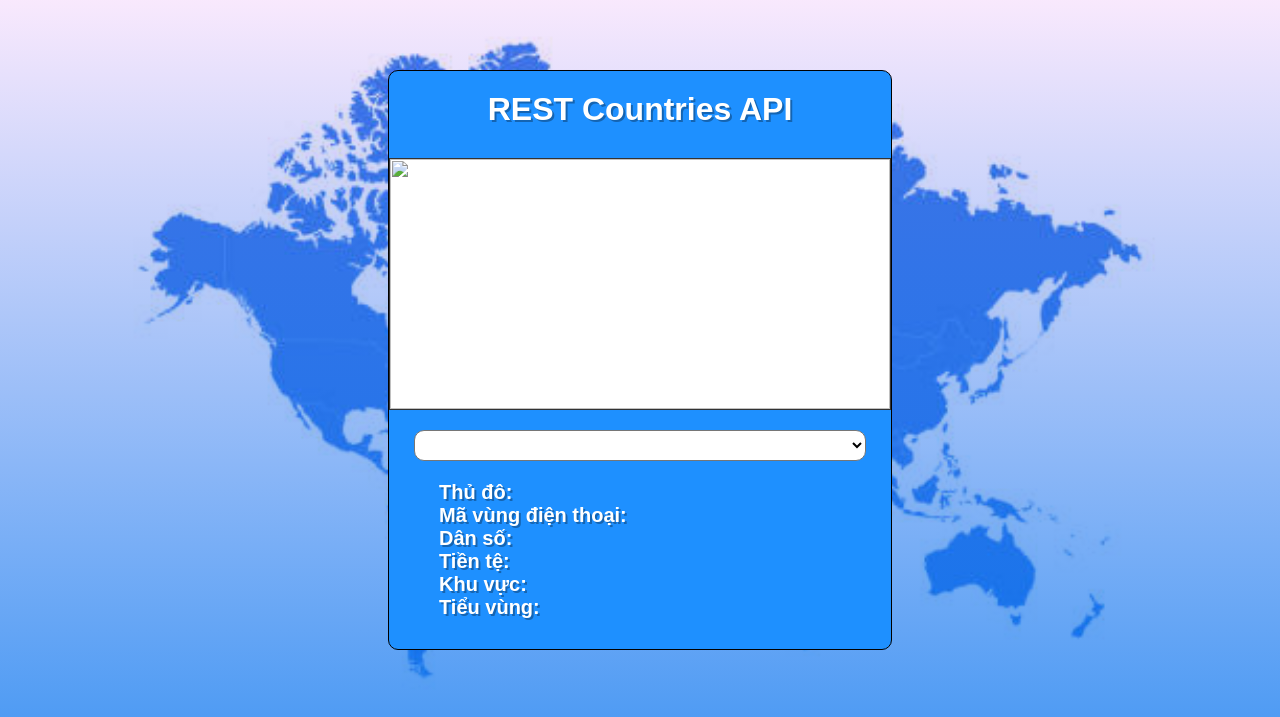
Repository: KhoaTran204/Rest-countries-api-app
Page: index.html
An editor plug-in stored every save of this project. The page is shown before and after the next save, followed by the edit.
The browser window is 1280 px wide. The pictures show the whole page.
The page's requests for data from a server got no answer.

Above is the page before, as saved 2024-04-14 09:18:07.

### index.html
<!DOCTYPE html>
<html lang="en">
  <head>
    <meta charset="UTF-8" />
    <meta name="viewport" content="width=device-width, initial-scale=1.0" />
    <link rel="stylesheet" href="style.css" />
    <title>Rest Countries API</title>
  </head>
  <body>
    <div class="container">
      <h1>REST Countries API</h1>
      <div id="main-container">
        <div id="flag-container">
          <img src="" alt="" />
        </div>
        <div id="info-container">
          <select id="countries"></select>
          <div class="info">
            <p>Thủ đô: <span id="capital"></span></p>
            <p>Mã vùng điện thoại: <span id="dialing-code"></span></p>
            <p>Dân số: <span id="population"></span></p>
            <p>Tiền tệ: <span id="currencies"></span></p>
            <p>Khu vực: <span id="region"></span></p>
            <p>Tiểu vùng: <span id="subregion"></span></p>
          </div>
        </div>
      </div>
    </div>
    <script src="app.js"></script>
  </body>
</html>

### style.css
* {
  margin: 0;
  padding: 0;
  box-sizing: border-box;
}

body {
  font-family: sans-serif;
  height: 100vh;
  display: flex;
  justify-content: center;
  align-items: center;
  /* background-image: url(anh/bando.jpg);
  background-repeat: no-repeat;
  background-position: center;
  background-size: cover; */
  background: linear-gradient(
      to top,
      rgba(4, 113, 239, 0.7),
      rgba(191, 35, 235, 0.1)
    ),
    url(anh/bando.jpg) no-repeat center/cover;
}

#flag-container {
  padding: 0.2px;
  height: 252px;
  background-color: #fff;
  border: 1px solid #333;
}

#flag-container img {
  display: block;
  width: 100%;
  height: 100%;
}

.container {
  background-color: #1e90ff;
  border-radius: 10px;
  border: 1px solid black;
}
.container h1 {
  text-align: center;
  text-shadow: 2px 2px rgba(0, 0, 0, 0.3);
  color: #fff;
  margin: 20px;
}
#main-container {
  width: 502px;
  margin: 30px auto;
  padding: 0;
}
#flag-container {
  height: 252px;
  background-color: #fff;
  border: 1px solid #333;
}
#flag-container img {
  display: block;
  width: 100%;
  height: 100%;
}
#info-container select {
  display: block;
  border-radius: 10px;
  margin: 20px auto;
  padding: 5px;
  min-width: 90%;
  color: black;
  font-size: 15px;
  font-weight: lighter;
  text-align-last: center;
  background-color: #fff;
  text-decoration: underline;
}
#flag-container select:active {
  background-color: black;
}
.info {
  margin-left: 50px;
  color: #fff;
  font-size: 20px;
  font-weight: bold;
  text-shadow: 2px 2px rgba(0, 0, 0, 0.3);
}

### app.js
const countrieslist = document.getElementById("countries");
let countries;

countrieslist.addEventListener("change", (event) =>
  displayCountryInfo(event.target.value)
);

// fetch("https://restcountries.com/v2/all")
//   .then(function (res) {
//     console.log(res);
//     return res.json();
//   })
//   .then(function (data) {
//     console.log(data);
//     initialize(data);
//   })
//   .catch(function (err) {
//     console.log("Lỗi: ", err);
//   });
fetch("https://restcountries.com/v2/all").then((res) => {
  res
    .json()
    .then((data) => initialize(data))
    .catch((err) => console.log("Lỗi: ", err));
});
function initialize(countriesData) {
  countries = countriesData;
  let options = "";
  //   for (let i = 0; i < countries.length; i++) {
  //     options += `<option value="${countries[i].alpha3Code}">${countries[i].name}</option>`;
  //   }
  countries.forEach(
    (country) =>
      (options += `<option value="${country.alpha3Code}">${country.name}</option>`)
  );
  //   document.getElementById("countries").innerHTML = options;
  //   document.querySelector("countries").innerHTML = options;
  countrieslist.innerHTML = options;
  countrieslist.selectedIndex = Math.floor(
    Math.random() * countrieslist.length
  );
  displayCountryInfo(countrieslist[countrieslist.selectedIndex].value);
}

function displayCountryInfo(countryByAlpha3Code) {
  const countryData = countries.find(
    (country) => country.alpha3Code === countryByAlpha3Code
  );
  console.log(countryData);
  document.querySelector("#flag-container img").src = countryData.flag;
  document.querySelector(
    "#flag-container img"
  ).alt = `Flag of ${countryData.name}`;
  document.getElementById("capital").innerHTML = countryData.capital;
  document.getElementById(
    "dialing-code"
  ).innerHTML = `+ ${countryData.callingCodes[0]}`;
  document.getElementById("population").innerHTML =
    countryData.population.toLocaleString("en-US");
  document.getElementById("currencies").innerHTML = countryData.currencies
    .filter((c) => c.name)
    .map((c) => `${c.name} (${c.code})`)
    .join(", ");
  document.getElementById("region").innerHTML = countryData.region;
  document.getElementById("subregion").innerHTML = countryData.subregion;
}

After the next save:
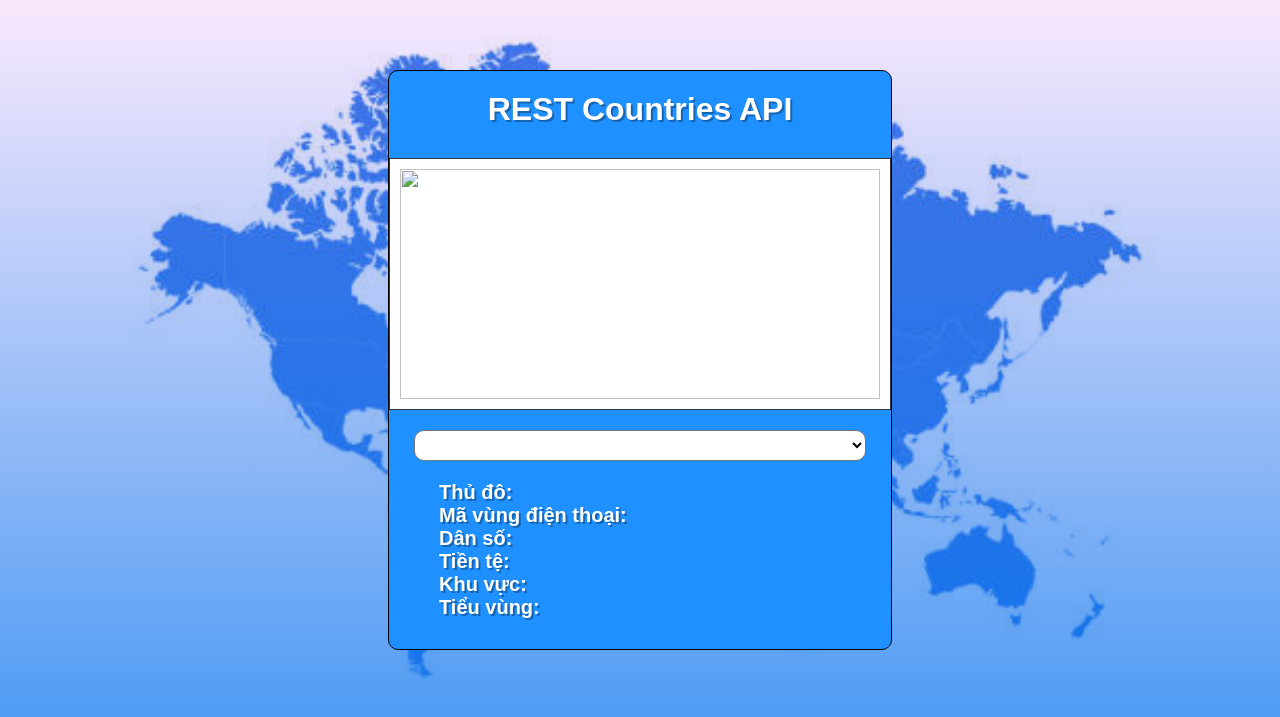
Saved 13 s later.
--- a/style.css
+++ b/style.css
@@ -23,7 +23,7 @@ body {
 }
 
 #flag-container {
-  padding: 0.2px;
+  padding: 10px;
   height: 252px;
   background-color: #fff;
   border: 1px solid #333;
